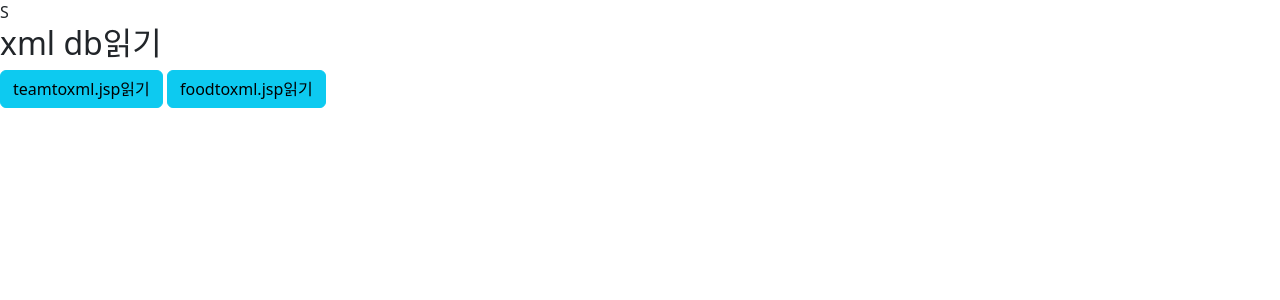
Repository: GANADAG/jspProject
Page: JspProject/src/main/webapp/ajax0304/dbRead.html
An editor plug-in stored every save of this project. The page is shown before and after the next save, followed by the edit.
The browser window is 1280 px wide. The pictures show the whole page.
Some web fonts or font styles are not loaded; a fallback is used.

Above is the page before, as saved 2024-03-04 07:35:34.

### JspProject/src/main/webapp/ajax0304/dbRead.html
<!DOCTYPE html>
<html>
<head>
<meta charset="UTF-8">
<link href="https://cdn.jsdelivr.net/npm/bootstrap@5.3.2/dist/css/bootstrap.min.css" rel="stylesheet">
<link href="https://fonts.googleapis.com/css2?family=Diphylleia&family=Dongle&family=Noto+Sans+KR:wght@100..900&family=Orbit&family=Stylish&display=swap" rel="stylesheet">
<script src="https://code.jquery.com/jquery-3.7.0.js"></script>
<title>Insert title here</title>
<style type="text/css">
	#show{
		margin-top: 30px;
		font-family:'dongle';
		font-size:1.5em;
	}
</style>

<script type="text/javascript">
	$(function(){
		$("#btnteam").click(function(){
			$.ajax({
				type:"get",
				url:"teamtoxml.jsp",
				dataType:"xml",
				success:function(res){
					var s="";
					$(res).find("team").each(function(i,ele){
						var n=$(ele);
						s+="<div class='alert alert-info' style='width:400px'>";
						s+="No. "+n.attr("num")+",";
						s+="이름: "+n.find("name").text()+"<br>";
						s+="운전면허: "+n.find("driver").text()+"<br>";
						s+="주소: "+n.find("addr").text()+"<br>";
						s+="작성일: "+n.find("writeday").text();
						s+="</div>";

					});

					$("#show").html(s);
				}
			});
		})
	})
</script>
</head>
<body>S
	<h2>xml db읽기</h2>
	<button type="button" class="btn btn-info" id="btnteam">teamtoxml.jsp읽기</button>

	<button type="button" class="btn btn-info" id="btnfood">foodtoxml.jsp읽기</button>
	<div id="show"></div>

</body>
</html>

After the next save:
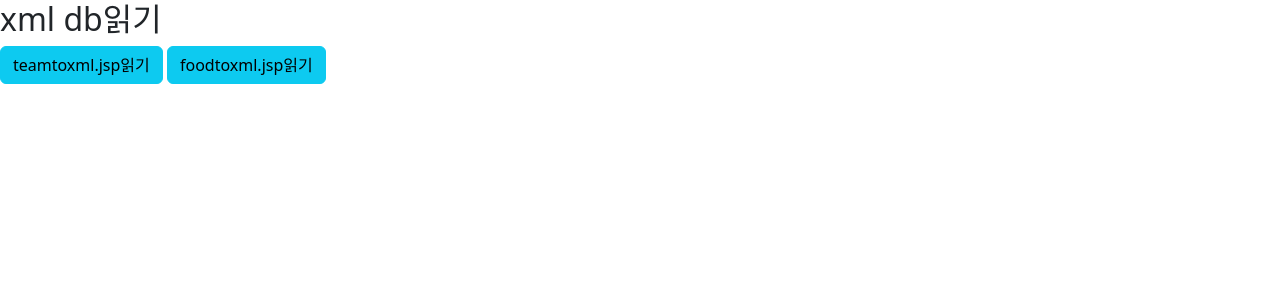
Saved 56 s later.
--- a/JspProject/src/main/webapp/ajax0304/dbRead.html
+++ b/JspProject/src/main/webapp/ajax0304/dbRead.html
@@ -42,7 +42,7 @@
 	})
 </script>
 </head>
-<body>S
+<body>
 	<h2>xml db읽기</h2>
 	<button type="button" class="btn btn-info" id="btnteam">teamtoxml.jsp읽기</button>
 
